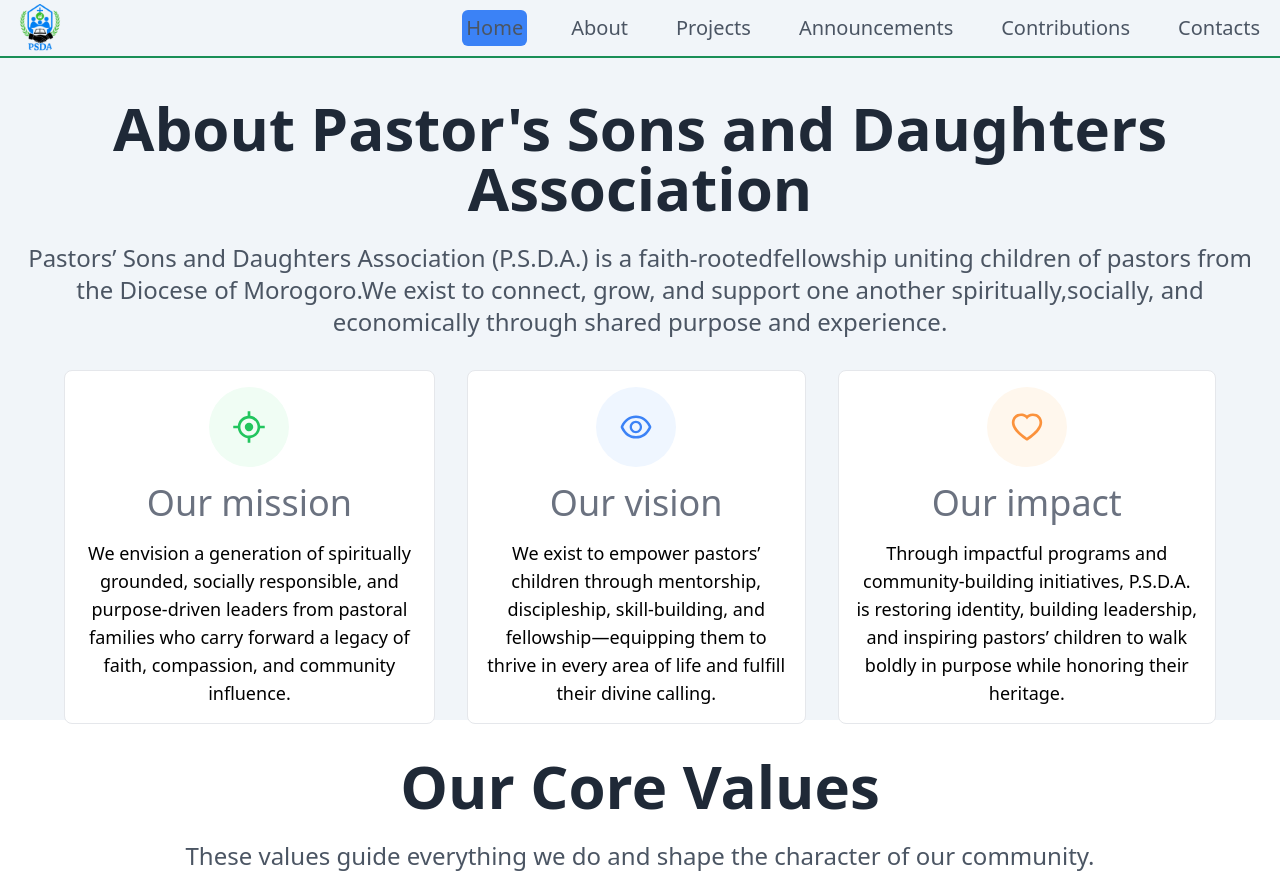
Repository: Zedestar/psda
Page: /about
These files come from the project's save history. The page is drawn as it stood at one moment and after the next save; the edit follows.
The browser window is 1280 px wide. The pictures show the whole page.
The project was rebuilt for these pictures with package versions that can differ from the ones it lists, and the page was loaded fresh each time. Also part of the build but not shown: src/pages/home/home.jsx, src/pages/projects/projects.jsx, src/pages/announcements/announcements.jsx, src/pages/contirbutions/contributions.jsx, src/pages/contacts/contacts.jsx.

Above is the page before, as saved 2025-07-18 20:42:01.

After the next save:
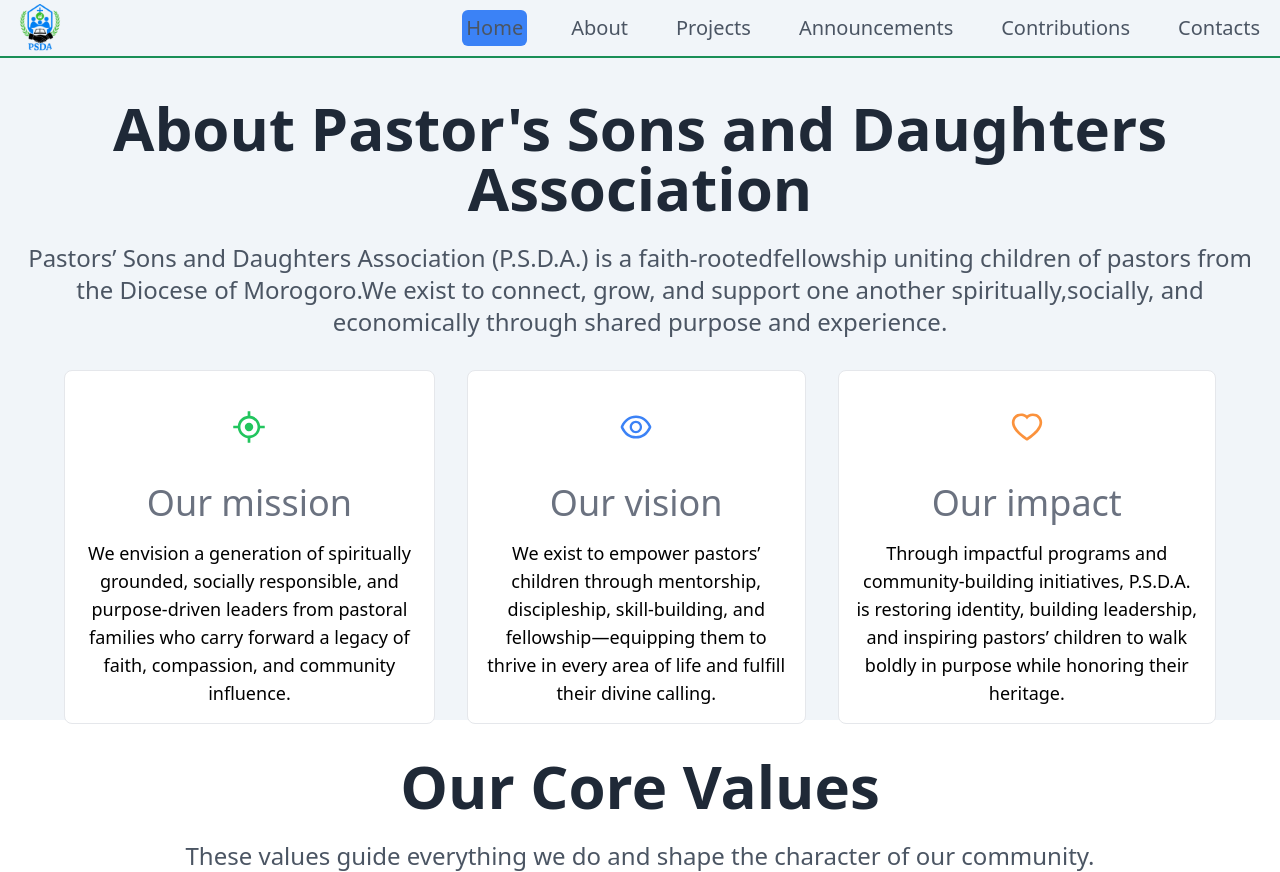
Saved 63 s later.
--- a/src/pages/about/mission-vission-impact.js
+++ b/src/pages/about/mission-vission-impact.js
@@ -8,7 +8,7 @@
       "We envision a generation of spiritually grounded, socially responsible, and purpose-driven leaders from pastoral families who carry forward a legacy of faith, compassion, and community influence.",
 
     icon: <AiOutlineAim className="text-4xl text-green-500" />,
-    color: "bg-green-50",
+    color: "bg-green-",
   },
   {
     id: 2,
@@ -16,7 +16,7 @@
     content:
       "We exist to empower pastors’ children through mentorship, discipleship, skill-building, and fellowship—equipping them to thrive in every area of life and fulfill their divine calling.",
     icon: <AiOutlineEye className="text-4xl text-blue-500" />,
-    color: "bg-blue-50",
+    color: "bg-blue-",
   },
   {
     id: 3,
@@ -24,7 +24,7 @@
     content:
       "Through impactful programs and community-building initiatives, P.S.D.A. is restoring identity, building leadership, and inspiring pastors’ children to walk boldly in purpose while honoring their heritage.",
     icon: <AiOutlineHeart className="text-4xl text-orange-400" />,
-    color: "bg-orange-50",
+    color: "bg-orange-",
   },
 ];
 

After the 3 saves that followed:
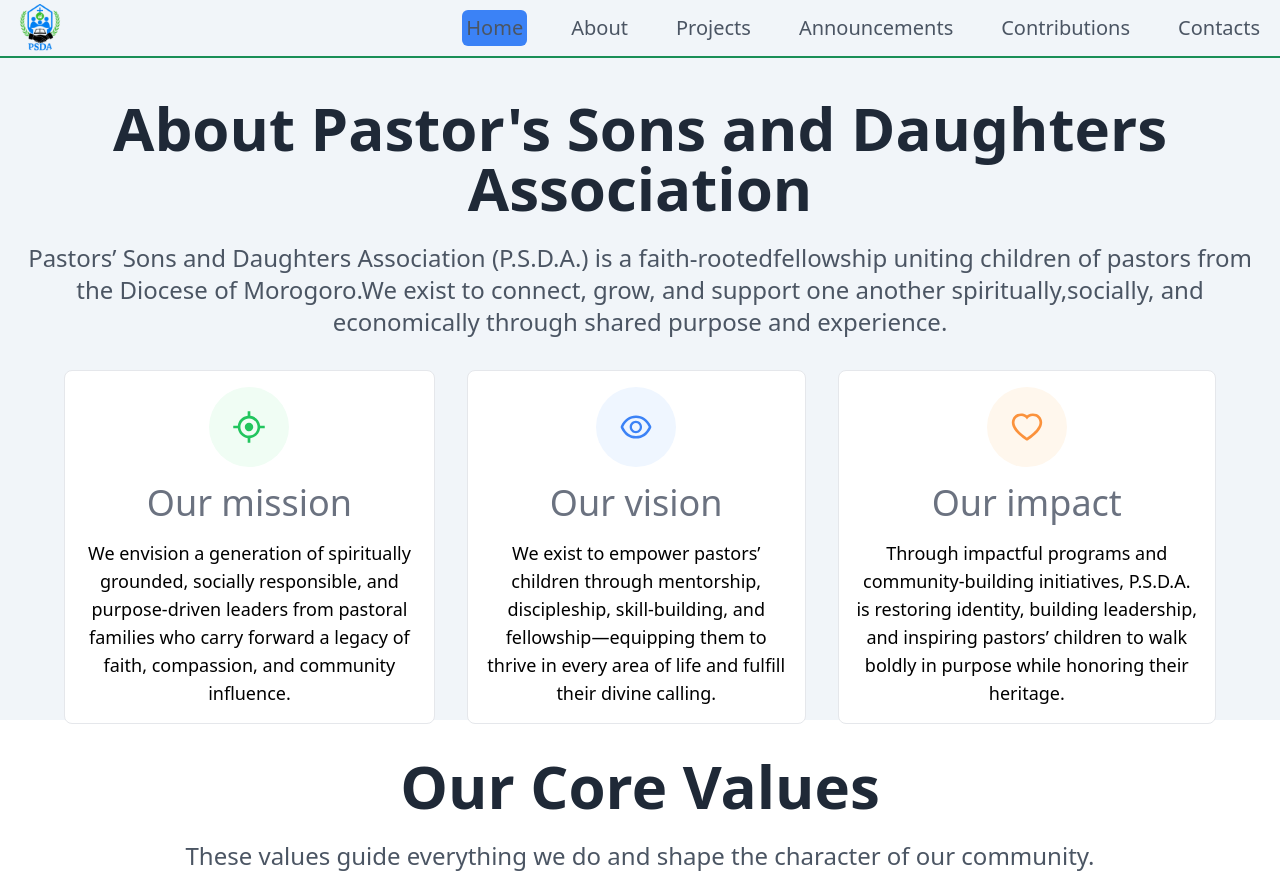
The 3 saves are shown as one change because 2 left the picture as it was.
The last was saved 3 min 58 s later.
--- a/src/pages/about/mission-vission-impact.js
+++ b/src/pages/about/mission-vission-impact.js
@@ -8,7 +8,8 @@
       "We envision a generation of spiritually grounded, socially responsible, and purpose-driven leaders from pastoral families who carry forward a legacy of faith, compassion, and community influence.",
 
     icon: <AiOutlineAim className="text-4xl text-green-500" />,
-    color: "bg-green-",
+    color: "bg-green-50",
+    text_color: "text-green-500",
   },
   {
     id: 2,
@@ -16,7 +17,8 @@
     content:
       "We exist to empower pastors’ children through mentorship, discipleship, skill-building, and fellowship—equipping them to thrive in every area of life and fulfill their divine calling.",
     icon: <AiOutlineEye className="text-4xl text-blue-500" />,
-    color: "bg-blue-",
+    color: "bg-blue-50",
+    text_color: "text-blue-500",
   },
   {
     id: 3,
@@ -24,7 +26,8 @@
     content:
       "Through impactful programs and community-building initiatives, P.S.D.A. is restoring identity, building leadership, and inspiring pastors’ children to walk boldly in purpose while honoring their heritage.",
     icon: <AiOutlineHeart className="text-4xl text-orange-400" />,
-    color: "bg-orange-",
+    color: "bg-orange-50",
+    text_color: "text-orange-500",
   },
 ];
 
